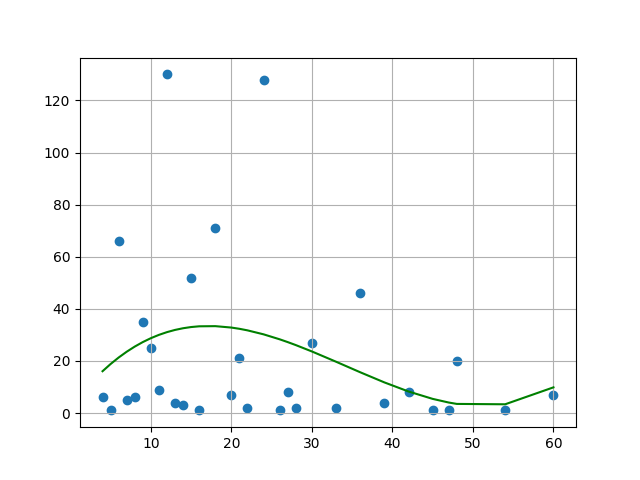
Repository: Suelt/Hust-SE-introduction-to-ML
Script's output: python Bayes Classification/Gaussian.py
The author's editor kept a copy of each file at every save. The script's output is drawn from the files as they stood at one save, then again after the next save.
Random numbers start from a fixed seed.

Above is the script's output before, as saved 2021-04-28 11:13:06.

### Bayes Classification/Gaussian.py
import pandas as pd
import numpy as np
import matplotlib.pyplot as plt
import seaborn as sns
credit = pd.read_csv("C:\\pyproject\\Bayes Classification\\transformed.csv")

df=credit[credit['credit_risk'].isin(['good'])]
list_status=df['duration']
length=list_status.shape[0]

values = list_status.value_counts().keys().tolist()
values.sort()

Gaussian_result={}
whole_percent=0
rate=0
#calculate the whole rate
for value in values:
    rate=list_status.value_counts()[value]/length
    whole_percent+=rate
    Gaussian_result[value]=whole_percent



fig = plt.figure()
ax = fig.add_subplot()
x=[]
y=[]
for value in values:
    x.append(value)
    y.append(list_status.value_counts()[value])
parameter = np.polyfit(x, y, 3)
y2=[]

for i in x:
    y2_value = parameter[0] * i ** 3 + parameter[1] * i ** 2 + parameter[2] * i + parameter[3]
    y2.append(y2_value)
print(x)
plt.scatter(x, y)
plt.plot(x, y2, color='g')

# for value in values:
#     ax.scatter(value, list_status.value_counts()[value])
# ax.set_xlabel('value')
# ax.set_ylabel('value_counts')
plt.grid()
plt.show()


#sns.set()
#x=list(credit['amount'])
#sns.distplot(x)
#plt.show()

Loaded but not shown: Bayes Classification/transformed.csv (1001 lines, source omitted)

After the next save:
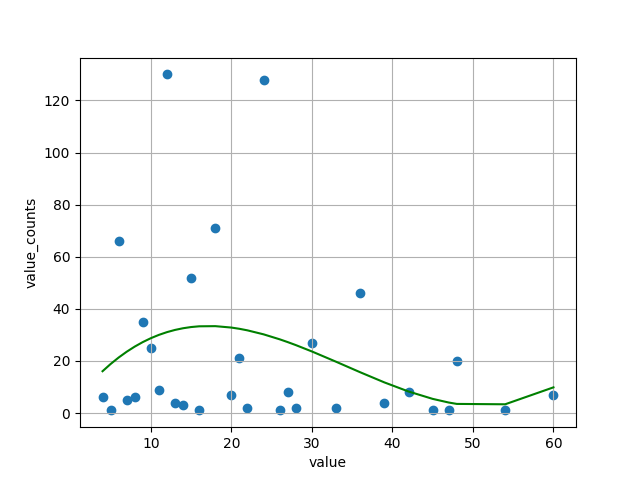
Saved 89 s later.
--- a/Bayes Classification/Gaussian.py
+++ b/Bayes Classification/Gaussian.py
@@ -41,8 +41,8 @@ plt.plot(x, y2, color='g')
 
 # for value in values:
 #     ax.scatter(value, list_status.value_counts()[value])
-# ax.set_xlabel('value')
-# ax.set_ylabel('value_counts')
+ax.set_xlabel('value')
+ax.set_ylabel('value_counts')
 plt.grid()
 plt.show()
 
